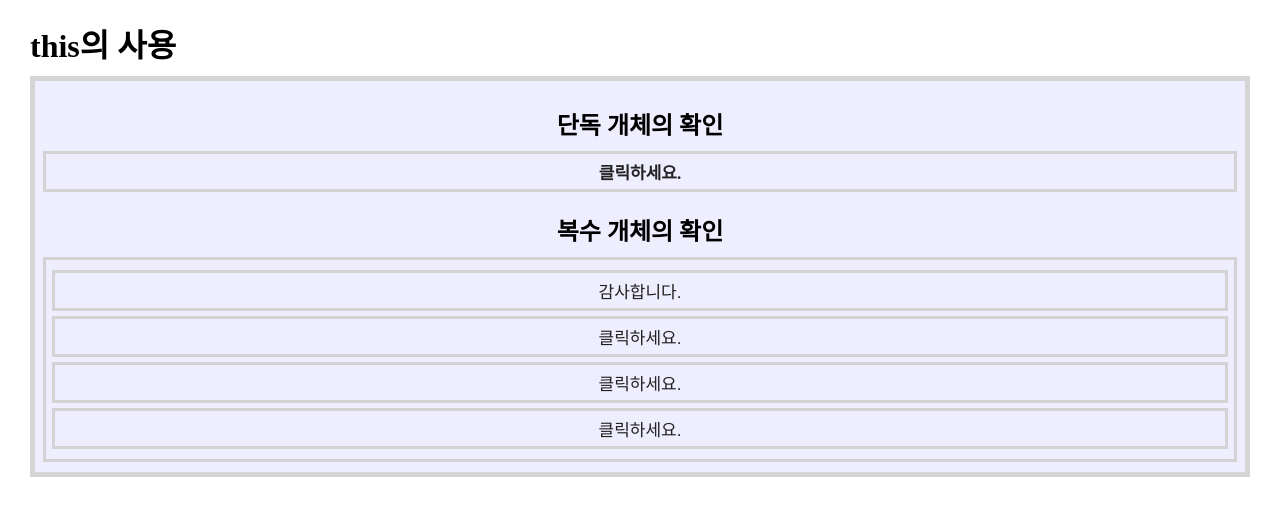
Repository: ssummini/Web
Page: jQuery/src/main/webapp/02_jQueryEvent/exam13-index.html
These files come from the project's save history. The page is drawn as it stood at one moment and after the next save; the edit follows.
The browser window is 1280 px wide. The pictures show the whole page.
After loading, the first visible `button.multiButton` was clicked once.

Above is the page before, as saved 2024-08-23 03:12:23.

After the next save:
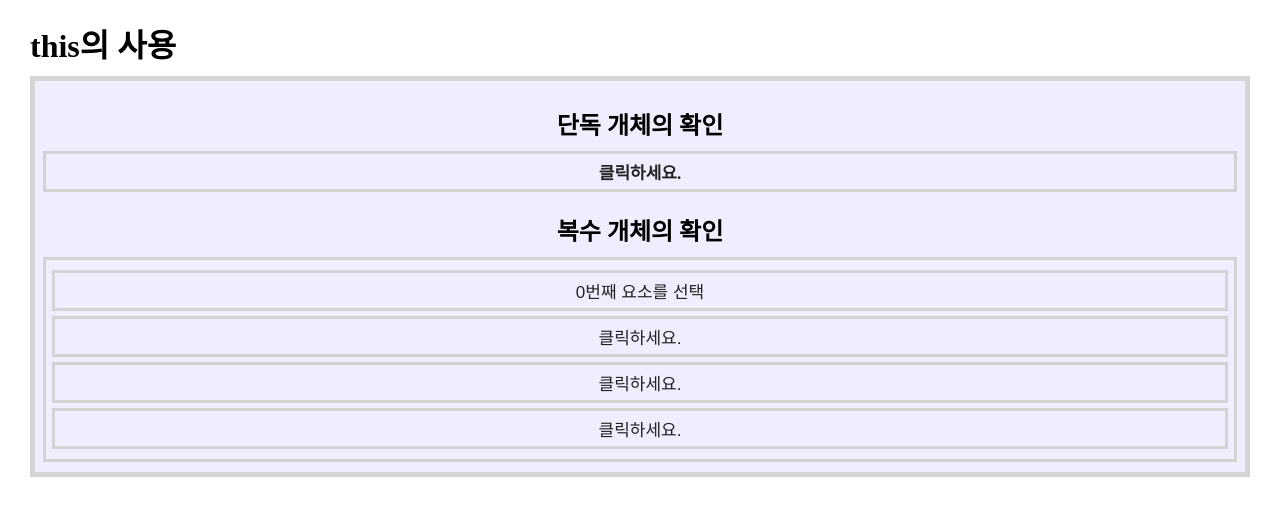
Saved 31 s later.
--- a/jQuery/src/main/webapp/02_jQueryEvent/exam13-index.html
+++ b/jQuery/src/main/webapp/02_jQueryEvent/exam13-index.html
@@ -35,6 +35,8 @@ $(function () {
 		$(this).html('감사합니다.');
 
 		let index = $(this).index();
+		let result = index + '번째 요소를 선택'
+		$(this).html(result);
 	});
 });
 </script>
